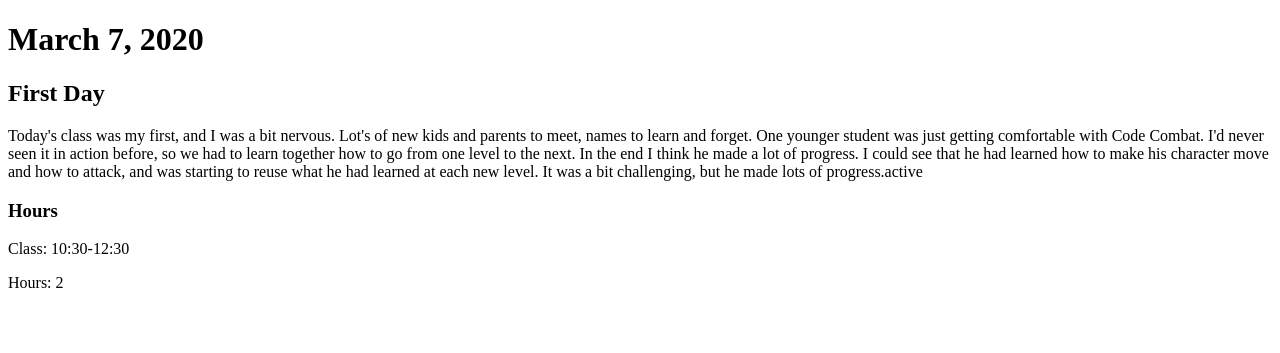
Repository: chocochocosensei/Mission-Exercises
Page: Page1/index.html
An editor plug-in stored every save of this project. The page is shown before and after the next save, followed by the edit.
The browser window is 1280 px wide. The pictures show the whole page.

Above is the page before, as saved 2020-03-10 01:51:54.

After the next save:
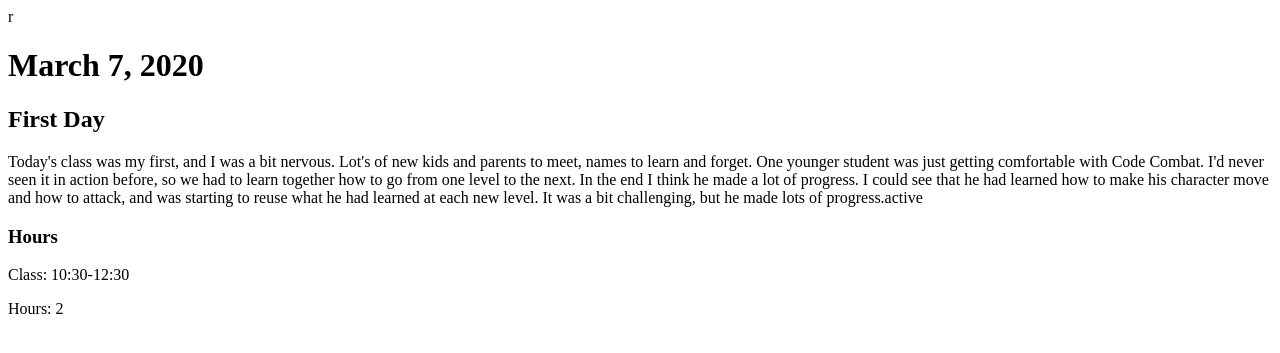
Saved 51 s later.
--- a/Page1/index.html
+++ b/Page1/index.html
@@ -3,8 +3,8 @@
 
 <head>
     <meta charset="utf-8">
-    <link rel="stylesheet" href="style.css">
-
+    <link rel="stylesheet" href="style.css"> r
+    <title>Mission Exercises March 7 2020</title>
 </head>
 
 <body>
